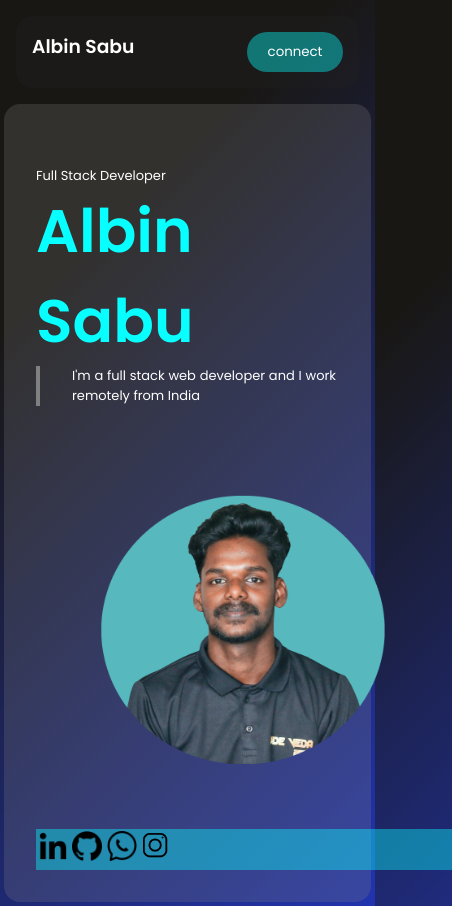
Repository: albinsabu2023/personalwebsite
Page: index.html
An editor plug-in stored every save of this project. The page is shown before and after the next save, followed by the edit.
The browser window is 375 px wide. The page is 452 px wide, so the pictures cover 452 px, including what lies to the right of the window. The pictures show the whole page.

Above is the page before, as saved 2023-09-02 17:57:05.

### index.html
<!DOCTYPE html>
<html lang="en">
<head>
    <meta charset="UTF-8">
    <meta name="viewport" content="width=device-width, initial-scale=1.0">
    <title>Document</title>
    <link rel="stylesheet" href="style.css">
    <link rel="stylesheet" href="media.css">
</head>
<body>
    <nav >
        <h3 class="title">Albin Sabu</h3>
        <ul>
            <li class><a href="#home">Home</a></li>
            <li><a href="#about">About Me</a></li>
            <li><a href="#project">Projects</a></li>
            <li><a href="#contact">Contact</a> </li>
        </ul>
        <button class="btn-connect">connect</button>
    </nav>
    <div id="home">

        <div class="profile__text">

            <p>Full Stack Developer</p>
            <h1>Albin Sabu</h1>
            <div class="profile__detail">
                <span class="line"> </span>
                <p class="profile__detail__p2">I'm a full stack web developer and I work remotely from India</p>

            </div>

        </div>
        <div class="profile__img">
            <img src="./assets/albin.png" alt="profile">
        </div>
        <div class="profile__links">
            <img src="./assets/linkedin.png" alt="">
            <img src="./assets/github.png" alt="">
            <img src="./assets/whatsapp.png" alt="">
            <img src="./assets/insta.png" alt="">
        </div>
    </div>
</body>
</html>

### style.css
@import url('https://fonts.googleapis.com/css2?family=Poppins:ital,wght@0,300;0,400;0,500;0,600;1,300;1,500;1,600&display=swap');
*{
    margin:0;
    font-family: 'Poppins', sans-serif;

}
body{

    color: white;
    margin-top: 1rem;

    background-color: #2234ae;
    /* height:100vh; */
    background-image: linear-gradient(315deg, #2234ae 0%, #191714 74%);

}
nav{
    position: sticky;
    z-index: 0;
    display: flex;
    padding: 1rem;
    margin: 1rem;
    background-color: rgba(34, 34, 34, 0.3);
    border-radius: 1rem;
    justify-content: space-between;

}

nav ul{
    list-style-type: none;
    display: flex;
    gap: 2rem;
    justify-content: space-between;



}


nav ul li{
    padding: 5px;
    border-radius: 1rem;
    text-align: center;
    width: 8rem;



}
nav ul li a{
    text-decoration: none;
    color: white;
}
nav ul li a:hover{
    color: rgb(7, 255, 255);
}

.btn-connect{
    background: rgb(7, 255, 255,0.4);
    border: none;
    color: white;
    padding: 10px;
    border-radius: 3rem;
    width: 6rem;

}
.btn-connect:hover{
    background: rgb(7, 255, 255, 0.6);
}

#home{
    margin: 1rem;
    padding: 2rem;
    background: rgba(128, 128, 128, 0.24);
    border-radius: 1rem;
    display: flex;
    flex:.3;


}
.line{
    border: gray 2px solid;
}
.profile__text{
    width: 50vw;
    object-fit: contain;
    text-align: justify;
    margin-top: 30px;
}
.profile__text p{
    font-size:30px ;
}
.profile__text h1{
    color: rgb(7, 255, 255);
    font-size:80px ;

}
.profile__detail{
    display: flex;
    flex-direction: col;
    gap: 2rem;

}
.profile__detail p{
    font-size: 30px;
}
.profile__img{
    flex:.5;
    align-items: center ;
    padding: 10px;
}
.profile__img img{
    height: 300px;
    width: 300px;
}

.profile__links{
    background: rgb(7, 255, 255,0.4);
    align-items: center;
    justify-content: space-between;
    padding: 2px;

}
.profile__links img{
    height: 30px;
    width: 30px;

}

### media.css
@media  screen and (max-width:600px) {
    nav ul{
        flex-direction: column;
        display: none;

    }
    #home{
        margin: 4px;
        flex-direction: column;
        flex-wrap: wrap;

    }
    .profile__text{
        width:80vw;
    }
    .profile__text p{
        font-size: small;
    }
    .profile__text h1{
        font-size: 60px;
    }
    .profile__img img{
       padding: 3rem;
    }
}

@media screen and (max-width:1200px){
    #home {
            margin: 4px;
            flex-direction: column;
            flex-wrap: wrap;

        }
}

After the next save:
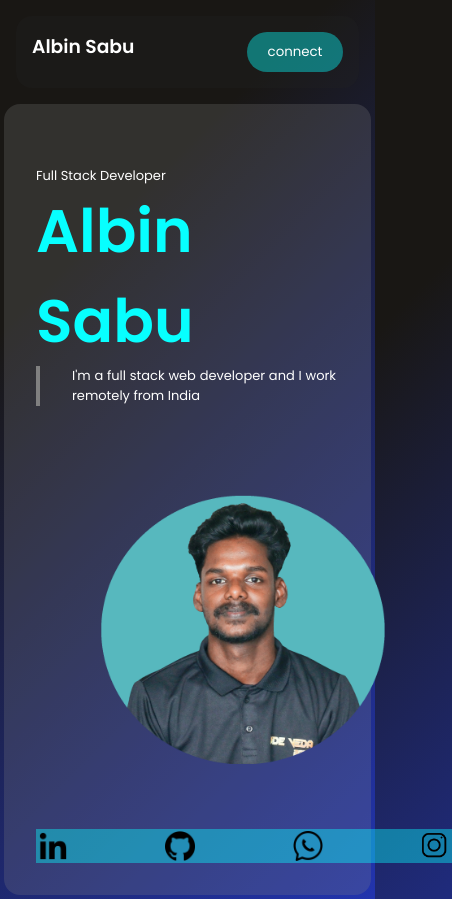
Saved 39 s later.
--- a/media.css
+++ b/media.css
@@ -22,6 +22,9 @@
     .profile__img img{
        padding: 3rem;
     }
+    .profile__links{
+        display: flex;
+    }
 }
 
 @media screen and (max-width:1200px){
